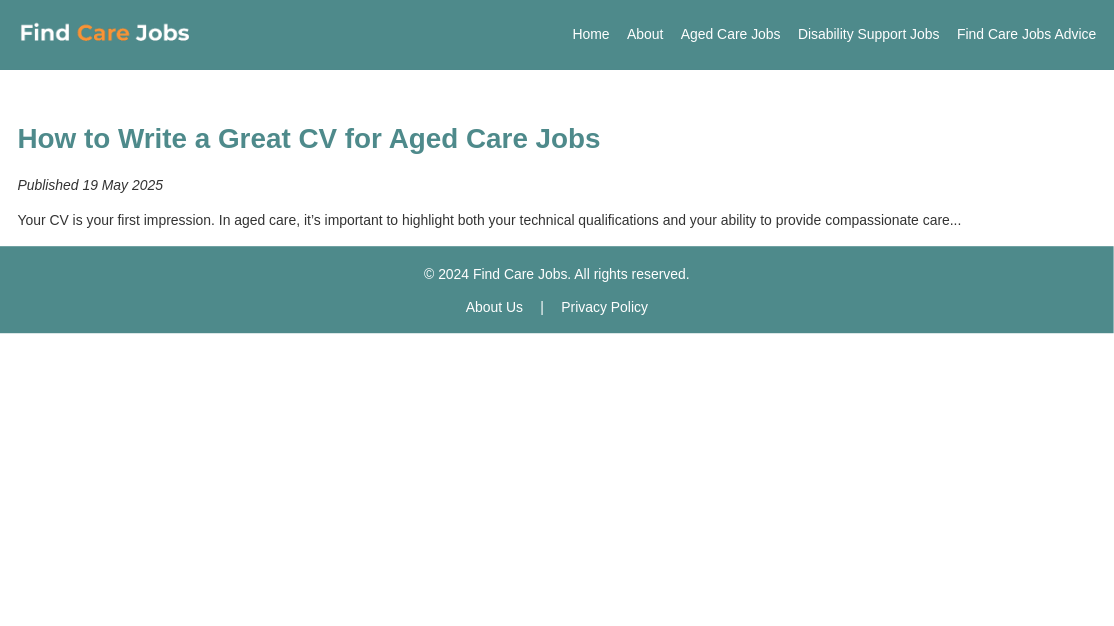
Repository: RichardCareJobs/find-care-jobs
Page: posts/how-to-write-a-care-cv.html
These files come from the project's save history. The page is drawn as it stood at one moment and after the next save; the edit follows.
The browser window is 1280 px wide. The pictures show the whole page, at 87% of full size.

Above is the page before, as saved 2025-05-19 21:58:07.

After the next save:
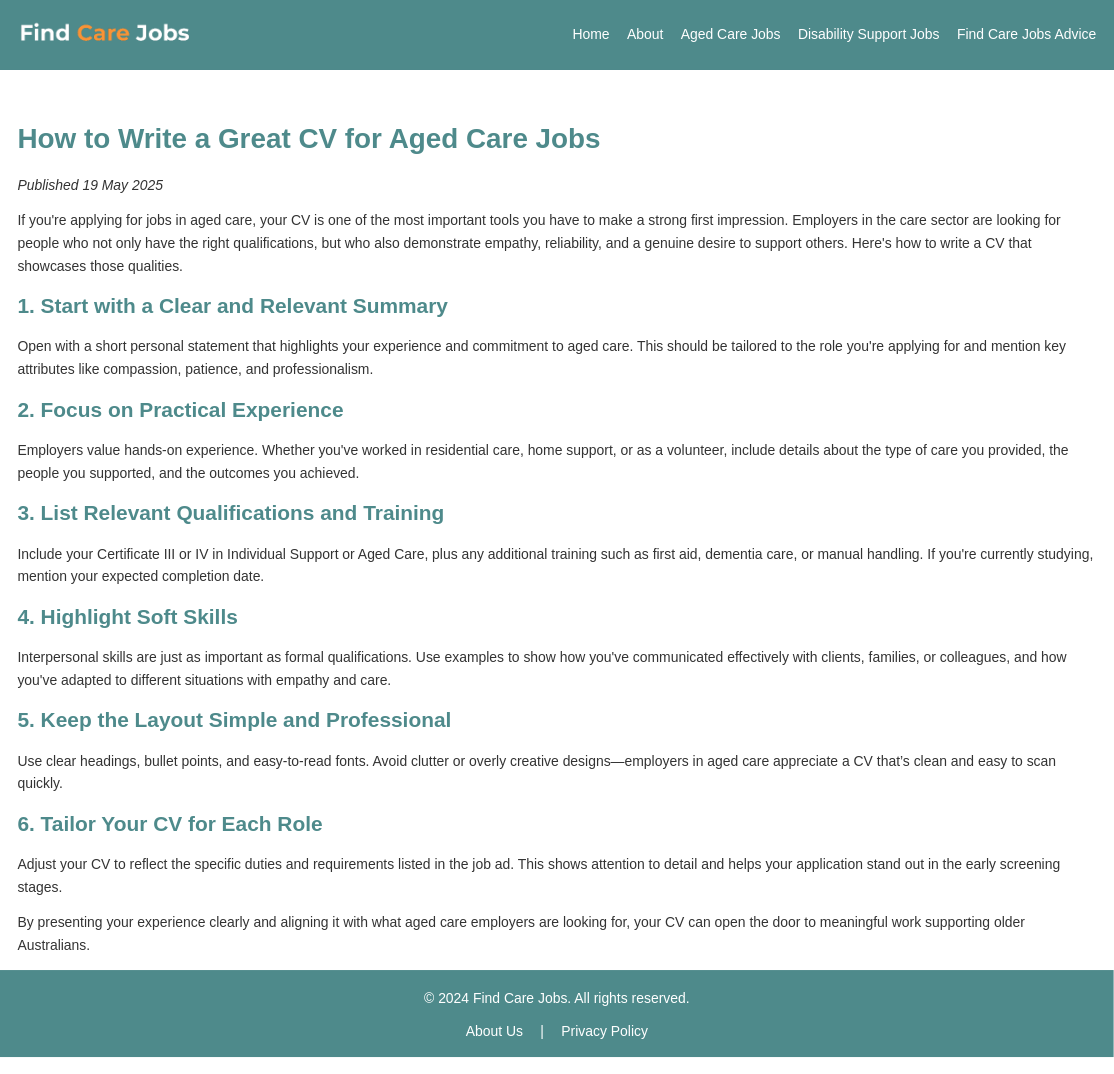
Saved 93 s later.
--- a/posts/how-to-write-a-care-cv.html
+++ b/posts/how-to-write-a-care-cv.html
@@ -2,47 +2,65 @@
 <html lang="en">
 <head>
   <!-- Google Tag Manager -->
-<script>(function(w,d,s,l,i){w[l]=w[l]||[];w[l].push({'gtm.start':
-    new Date().getTime(),event:'gtm.js'});var f=d.getElementsByTagName(s)[0],
-    j=d.createElement(s),dl=l!='dataLayer'?'&l='+l:'';j.async=true;j.src=
-    'https://www.googletagmanager.com/gtm.js?id='+i+dl;f.parentNode.insertBefore(j,f);
-    })(window,document,'script','dataLayer','GTM-5VNSJFMC');</script>
-    <!-- End Google Tag Manager -->
+  <script>(function(w,d,s,l,i){w[l]=w[l]||[];w[l].push({'gtm.start':
+      new Date().getTime(),event:'gtm.js'});var f=d.getElementsByTagName(s)[0],
+      j=d.createElement(s),dl=l!='dataLayer'?'&l='+l:'';j.async=true;j.src=
+      'https://www.googletagmanager.com/gtm.js?id='+i+dl;f.parentNode.insertBefore(j,f);
+  })(window,document,'script','dataLayer','GTM-5VNSJFMC');</script>
+  <!-- End Google Tag Manager -->
+
   <meta charset="UTF-8" />
   <meta name="viewport" content="width=device-width, initial-scale=1.0" />
 
   <title>How to Write a Great CV for Aged Care Jobs | Find Care Jobs Advice</title>
-  <meta name="description" content="Learn how to write a professional CV that helps you stand out in aged care job applications. Practical tips from Find Care Jobs Advice." />
+  <meta name="description" content="Create a standout CV for aged care jobs in Australia. Learn what to include, how to format it, and what employers are really looking for." />
 
   <!-- Open Graph tags for social sharing -->
   <meta property="og:title" content="How to Write a Great CV for Aged Care Jobs" />
-  <meta property="og:description" content="Practical tips to help you create a standout CV in the aged care sector." />
+  <meta property="og:description" content="Learn how to create a professional CV that helps you land your next role in aged care." />
   <meta property="og:type" content="article" />
   <meta property="og:url" content="https://yourdomain.com/posts/how-to-write-a-care-cv.html" />
   <meta property="og:image" content="https://yourdomain.com/images/fcj-share-image.png" />
 
-  <!-- Styles -->
   <link rel="stylesheet" href="../styles.css" />
 </head>
 <body>
   <!-- Google Tag Manager (noscript) -->
-<noscript><iframe src="https://www.googletagmanager.com/ns.html?id=GTM-5VNSJFMC"
+  <noscript><iframe src="https://www.googletagmanager.com/ns.html?id=GTM-5VNSJFMC"
     height="0" width="0" style="display:none;visibility:hidden"></iframe></noscript>
-    <!-- End Google Tag Manager (noscript) -->
+  <!-- End Google Tag Manager (noscript) -->
+
   <div id="global-header"></div>
 
   <main class="content">
     <h1>How to Write a Great CV for Aged Care Jobs</h1>
     <p><em>Published 19 May 2025</em></p>
 
-    <p>Your CV is your first impression. In aged care, it’s important to highlight both your technical qualifications and your ability to provide compassionate care...</p>
+    <p>If you're applying for jobs in aged care, your CV is one of the most important tools you have to make a strong first impression. Employers in the care sector are looking for people who not only have the right qualifications, but who also demonstrate empathy, reliability, and a genuine desire to support others. Here's how to write a CV that showcases those qualities.</p>
 
-    <!-- Add more <p>, <h2>, <ul>, <strong>, etc. for well-structured content -->
+    <h2>1. Start with a Clear and Relevant Summary</h2>
+    <p>Open with a short personal statement that highlights your experience and commitment to aged care. This should be tailored to the role you're applying for and mention key attributes like compassion, patience, and professionalism.</p>
+
+    <h2>2. Focus on Practical Experience</h2>
+    <p>Employers value hands-on experience. Whether you've worked in residential care, home support, or as a volunteer, include details about the type of care you provided, the people you supported, and the outcomes you achieved.</p>
+
+    <h2>3. List Relevant Qualifications and Training</h2>
+    <p>Include your Certificate III or IV in Individual Support or Aged Care, plus any additional training such as first aid, dementia care, or manual handling. If you're currently studying, mention your expected completion date.</p>
+
+    <h2>4. Highlight Soft Skills</h2>
+    <p>Interpersonal skills are just as important as formal qualifications. Use examples to show how you've communicated effectively with clients, families, or colleagues, and how you've adapted to different situations with empathy and care.</p>
+
+    <h2>5. Keep the Layout Simple and Professional</h2>
+    <p>Use clear headings, bullet points, and easy-to-read fonts. Avoid clutter or overly creative designs—employers in aged care appreciate a CV that’s clean and easy to scan quickly.</p>
+
+    <h2>6. Tailor Your CV for Each Role</h2>
+    <p>Adjust your CV to reflect the specific duties and requirements listed in the job ad. This shows attention to detail and helps your application stand out in the early screening stages.</p>
+
+    <p>By presenting your experience clearly and aligning it with what aged care employers are looking for, your CV can open the door to meaningful work supporting older Australians.</p>
   </main>
 
   <div id="global-footer"></div>
 
-  <!-- Header/Footer Injection -->
   <script>
     fetch('../header.html')
       .then(res => res.text())
